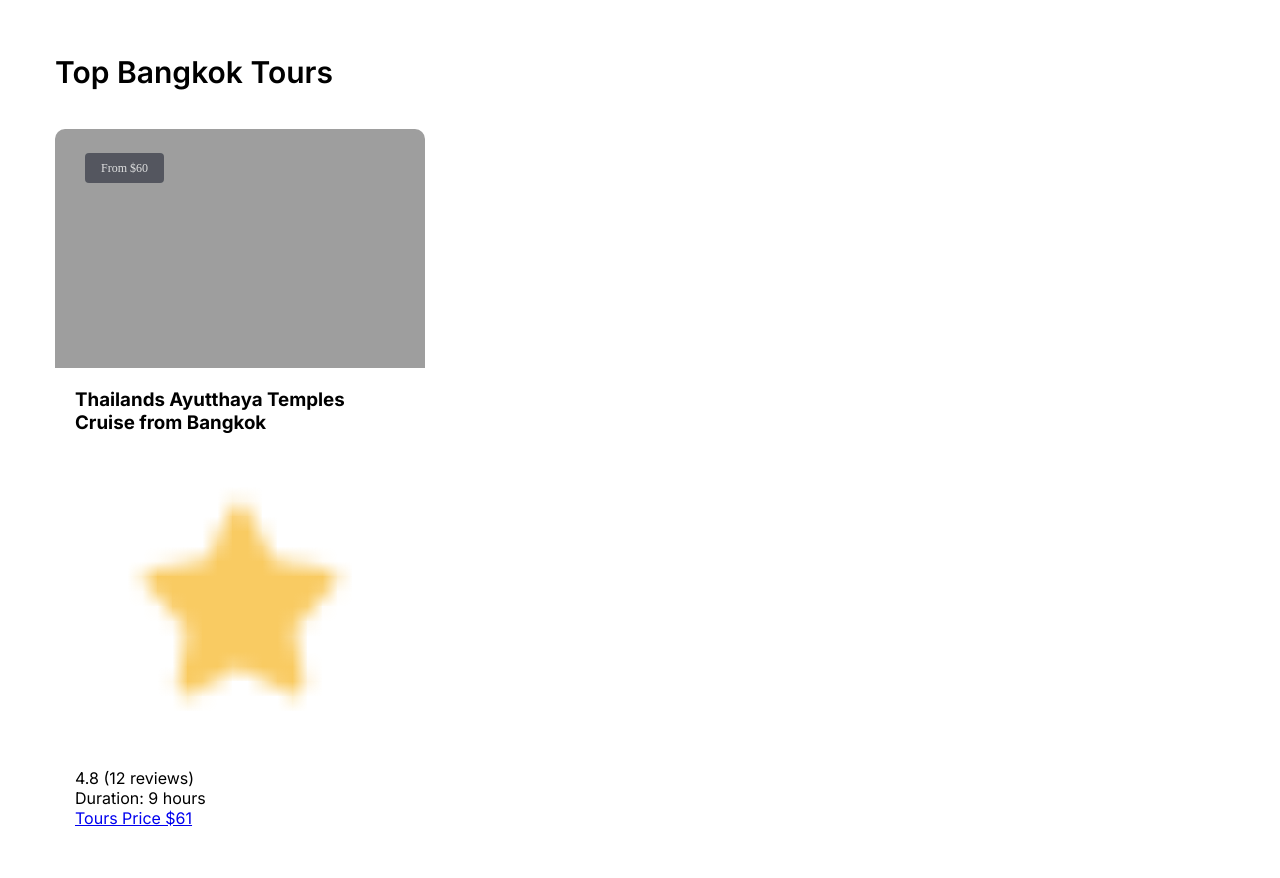
Repository: man0405/practice-web
Page: index.html
These files come from the project's save history. The page is drawn as it stood at one moment and after the next save; the edit follows.
The browser window is 1280 px wide. The pictures show the whole page.
Pictures or frames that could not be fetched are drawn as grey boxes. Some web fonts or font styles are not loaded; a fallback is used.

Above is the page before, as saved 2023-03-29 10:30:30.

After the next save:
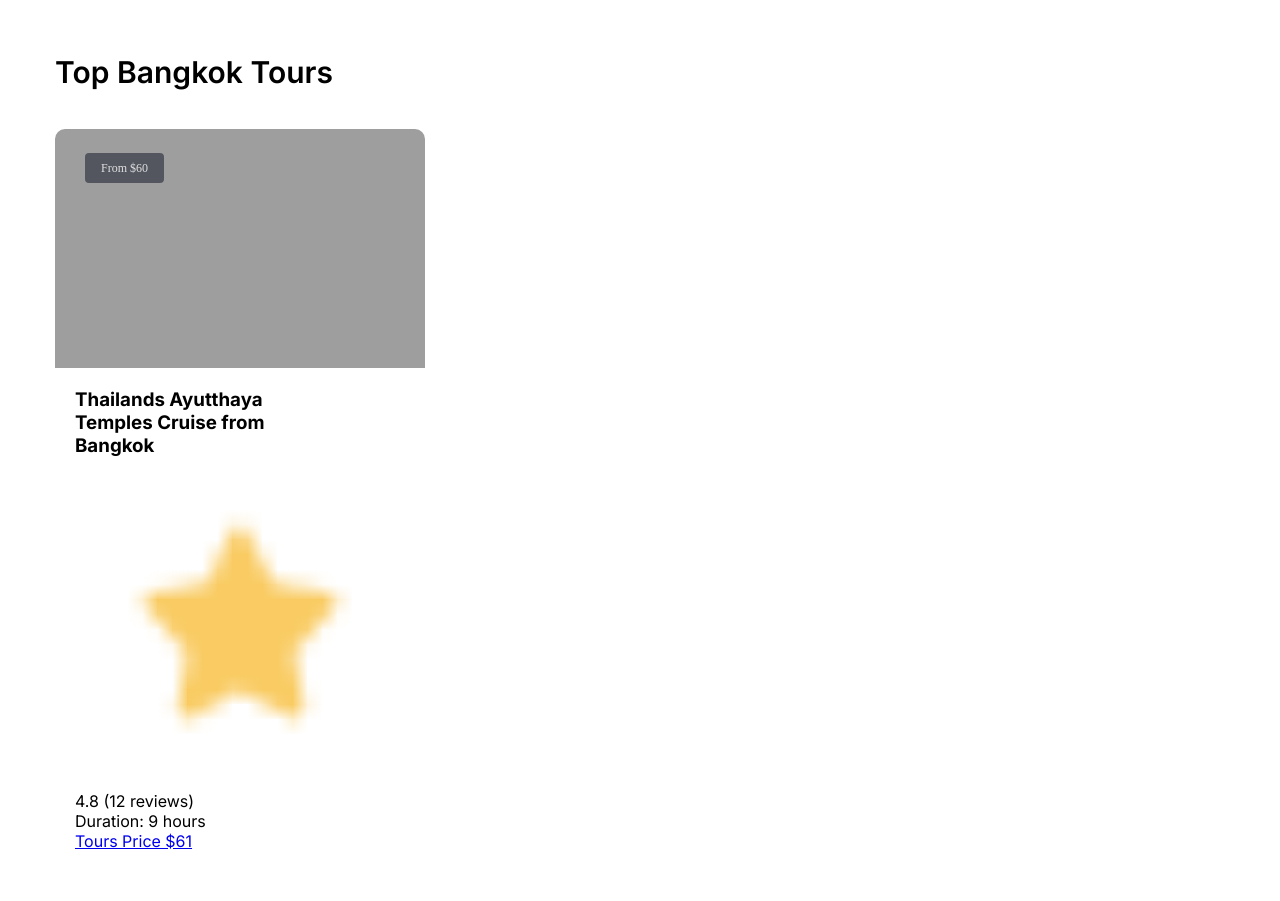
Saved 51 s later.
--- a/main.css
+++ b/main.css
@@ -71,3 +71,7 @@ img {
   margin-left: 20px;
   margin-right: 20px;
 }
+
+.tour-title {
+  max-width: 258px;
+}
